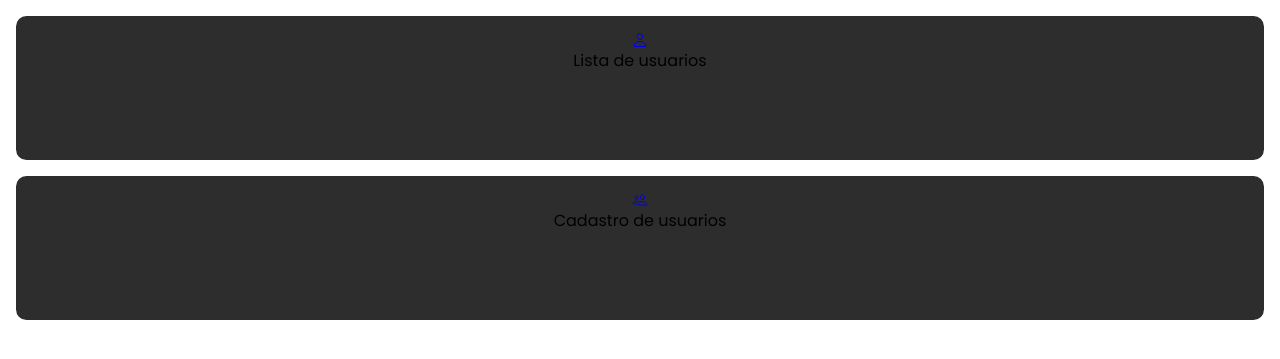
Repository: BeatrizFloriano96/myPagesSpeedLog
Page: html/usuarios.html
An editor plug-in stored every save of this project. The page is shown before and after the next save, followed by the edit.
The browser window is 1280 px wide. The pictures show the whole page.

Above is the page before, as saved 2022-01-29 12:59:34.

### html/usuarios.html
<link rel="stylesheet" href="../css/usuarios.css">

<body>







    <section>
        <!--início ícones principais-->

        <div id="grandeCaixa">

            <div class="caixinha">
                <a href="/perfil">
                    <ion-icon class="icon" name="person-outline"></ion-icon>
                </a>
                <p>Lista de usuarios</p>
            </div>

            <div class="caixinha">
                <a href="/usuarios">
                    <ion-icon class="icon" name="people-outline"></ion-icon>
                </a>
                <p>Cadastro de usuarios</p>
            </div>

        </div>


        <!--Final ícones principais-->

        <script type="module" src="https://unpkg.com/ionicons@5.5.2/dist/ionicons/ionicons.esm.js"></script>
        <script nomodule src="https://unpkg.com/ionicons@5.5.2/dist/ionicons/ionicons.js"></script>
    </section>




</body>

### css/usuarios.css
@import url('https://fonts.googleapis.com/css2?family=Poppins:wght@100;200;300;400;500;600;700&display=swap');
@import url('https://fonts.googleapis.com/css2?family=Patrick+Hand&display=swap');

*{
    padding: 0;
    margin: 0;
    box-sizing: border-box;
    border: none;
    font-family: 'Poppins'
}

.caixinha{
        background-color:#2d2d2d;
        min-height: 20vh;
        min-width: 20vh;
        margin: 1rem;
        padding: 1rem;
        border-radius: 10.5px;
        text-align: center;

}

After the next save:
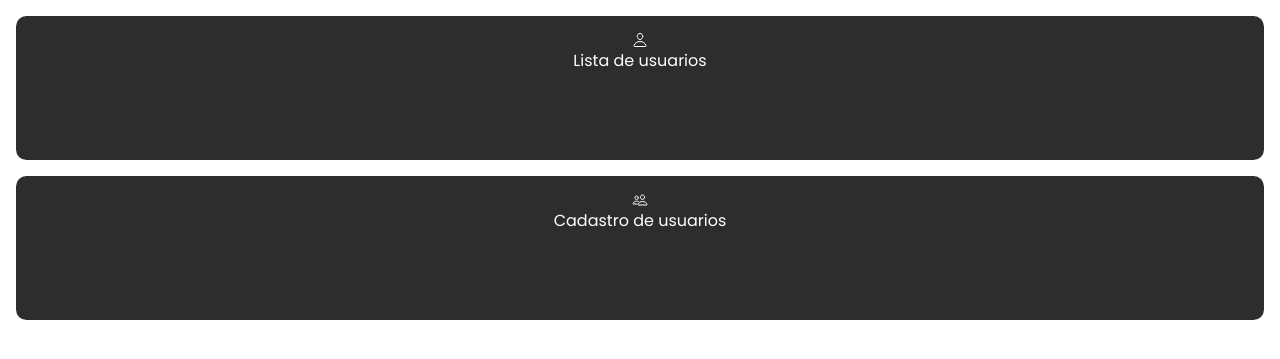
Saved 35 s later.
--- a/css/usuarios.css
+++ b/css/usuarios.css
@@ -19,3 +19,8 @@
         text-align: center;
 
 }
+
+p, a {
+    color: white;
+
+}
